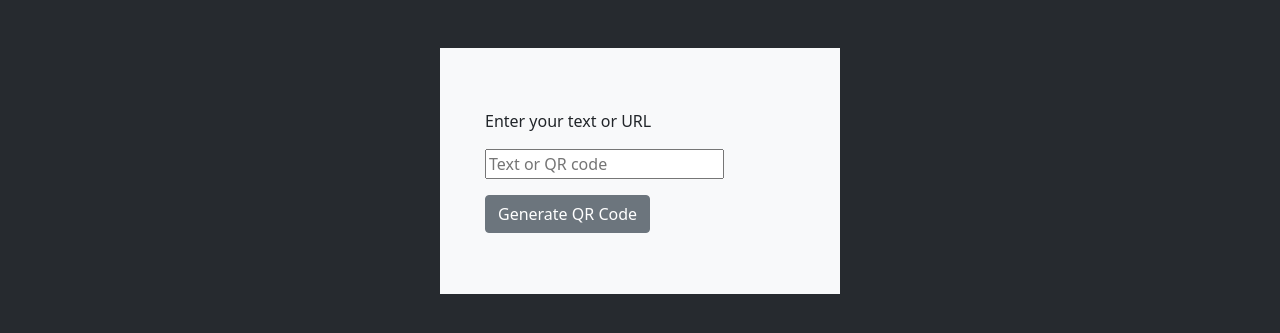
Repository: zeinawady/Qr-Code-Generator-App
Page: index.html
These files come from the project's save history. The page is drawn as it stood at one moment and after the next save; the edit follows.
The browser window is 1280 px wide. The pictures show the whole page.

Above is the page before, as saved 2024-10-30 00:28:57.

### index.html
<!DOCTYPE html>
<html lang="en">
<head>
    <meta charset="UTF-8">
    <meta name="viewport" content="width=device-width, initial-scale=1.0">
    <title>Qr code generator</title>
    <link rel="stylesheet" href="css/bootstrap.min.css.map">
    <link rel="stylesheet" href="css/bootstrap.min.css">
    <link rel="stylesheet" href="css/style.css">
</head>
<body>
    <div class="container  d-flex justify-content-center align-items-center bg-light mt-5">
   <div class="qr-container">
<p class="my-3">Enter your text or URL</p>
<input type="text" placeholder="Text or QR code">
<button class="btn btn-secondary my-3 ">Generate QR Code</button>
   </div>
</div>

    <script src="js/bootstrap.bundle.min.js"></script>
    <script src="js/bootstrap.bundle.min.js.map"></script>
<script src="js/script.js"></script>
</body>
</html>

### css/style.css
body{
    background-color:#262a2f ;
}
.container{
    max-width: 400px;
   padding: 45px;
}

Loaded but not shown: css/bootstrap.min.css (library); js/bootstrap.bundle.min.js (library); js/script.js (no copy from this time; the picture is the same without it)

After the next save:
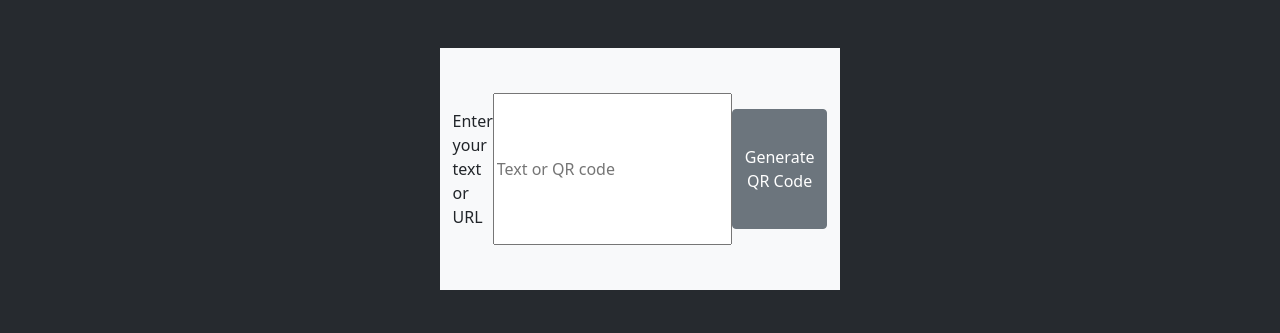
Saved 4 s later.
--- a/index.html
+++ b/index.html
@@ -10,7 +10,7 @@
 </head>
 <body>
     <div class="container  d-flex justify-content-center align-items-center bg-light mt-5">
-   <div class="qr-container">
+   <div class="qr-container d-flex justify-content-center">
 <p class="my-3">Enter your text or URL</p>
 <input type="text" placeholder="Text or QR code">
 <button class="btn btn-secondary my-3 ">Generate QR Code</button>
